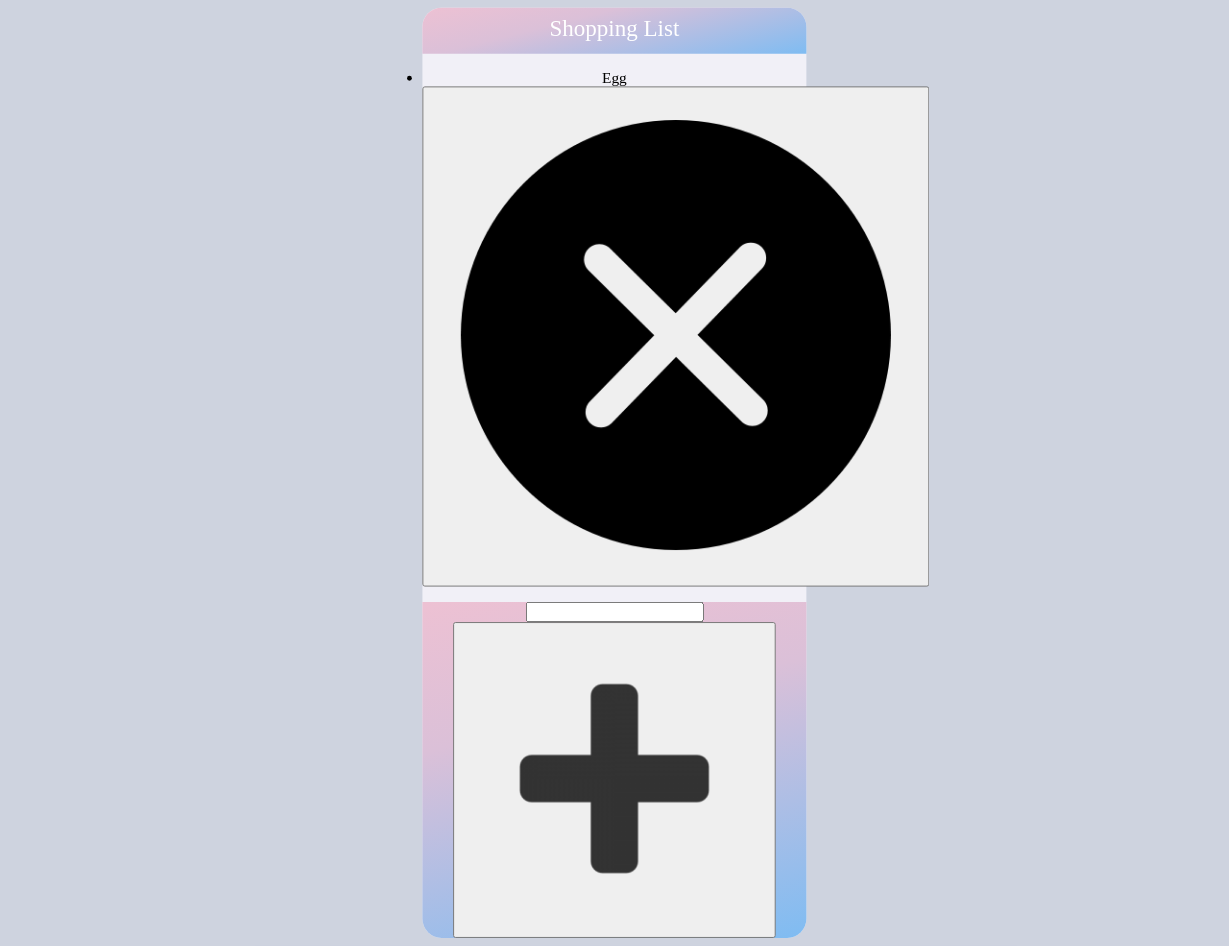
Repository: yoon-dh/JS_Prac
Page: shopping_list/shopping_list.html
The author's editor kept a copy of each file at every save. The page is drawn from the files as they stood at one save, then again after the next save.
The browser window is 1280 px wide. The pictures show the whole page, at 96% of full size.

Above is the page before, as saved 2023-06-21 22:15:18.

### shopping_list/shopping_list.html
<!DOCTYPE html>
<html lang="en">
  <head>
    <meta charset="UTF-8" />
    <meta http-equiv="X-UA-Compatible" content="IE=edge" />
    <meta name="viewport" content="width=device-width, initial-scale=1.0" />
    <title>Document</title>
    <link rel="stylesheet" href="style.css" />
    <script src="main.js" defer></script>
  </head>
  <body>
    <section class="list">
      <header class="header">Shopping List</header>
      <ul class="items">
        <li class="item_row">
          <div class="item">
            <span class="item_name">Egg</span>
            <button class="item_delete">
              <img src="image/delete-button.png" alt="" />
            </button>
          </div>
          <div class="divider"></div>
        </li>
      </ul>
      <footer class="footer">
        <input class="footer_input" type="text" />
        <button class="footer_button">
          <img src="image/plus-icon-black-2.png" alt="" />
        </button>
      </footer>
    </section>
  </body>
</html>

### shopping_list/style.css
* {
  box-sizing: border-box;
}

ul {
  padding: 0;
}

body {
  background-color: #ced3df;
  text-align: center;
}

.list {
  width: 400px;
  margin: auto;
  background-color: #f1f0f7;
  border-radius: 20px;
}

.header {
  height: 48px;
  padding: 8px;
  font-size: 24px;
  background: rgba(237, 193, 211);
  background: linear-gradient(
    166deg,
    rgba(237, 193, 211, 1) 0%,
    rgba(219, 192, 216, 1) 35%,
    rgba(127, 188, 242, 1) 100%
  );
  border-radius: 20px 20px 0px 0px;
  color: white;
}

.footer {
  background: rgba(237, 193, 211);
  background: linear-gradient(
    166deg,
    rgba(237, 193, 211, 1) 0%,
    rgba(219, 192, 216, 1) 35%,
    rgba(127, 188, 242, 1) 100%
  );

  border-radius: 0px 0px 20px 20px;
}

Loaded but not shown: shopping_list/main.js (no copy from this time; the picture is the same without it)

After the next save:
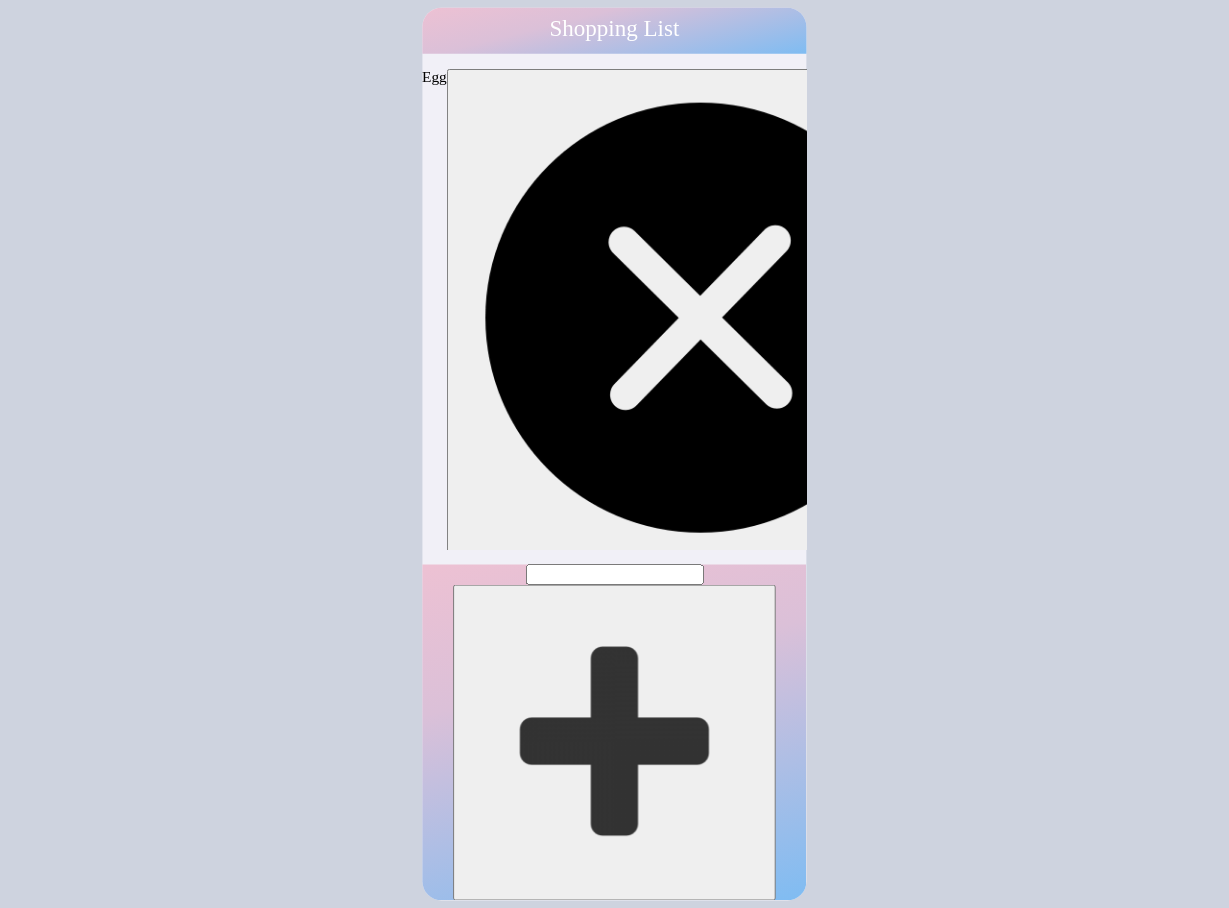
Saved 29 s later.
--- a/shopping_list/style.css
+++ b/shopping_list/style.css
@@ -33,6 +33,16 @@ body {
   color: white;
 }
 
+.items {
+  height: 500px;
+  overflow-y: auto;
+}
+
+.item {
+  display: flex;
+  justify-content: space-between;
+}
+
 .footer {
   background: rgba(237, 193, 211);
   background: linear-gradient(
